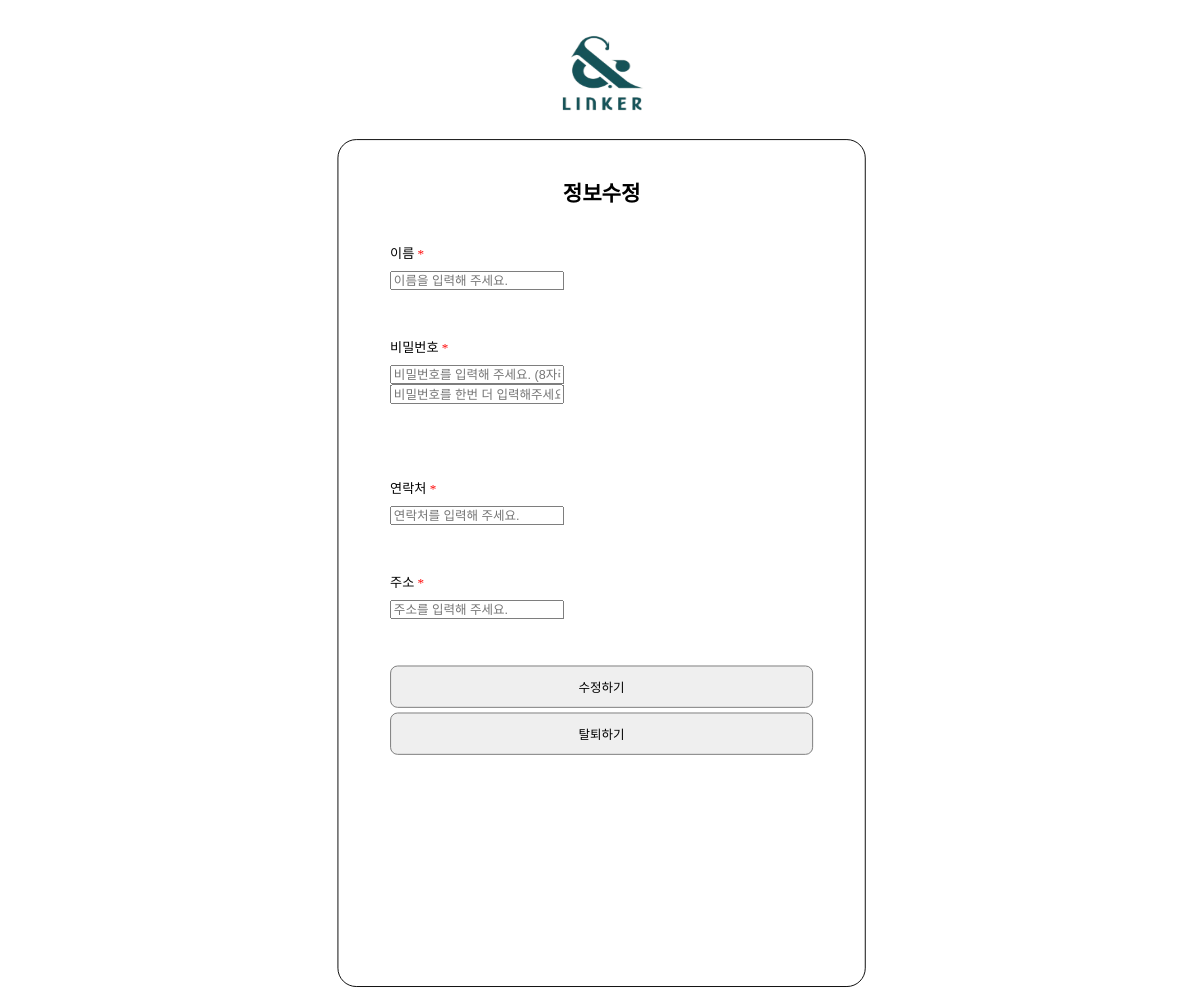
Repository: soomseting/let_me_go
Page: http://localhost/LINKER_re/jsp/main/user_update.jsp
An editor plug-in stored every save of this project. The page is shown before and after the next save, followed by the edit.
The browser window is 1280 px wide. The pictures show the whole page, at 94% of full size.
The pointer rests on the first visible `.su_con_for>.sui1`.
The page is served by Tomcat 9. Other server files are loaded and not shown.

Above is the page before, as saved 2025-03-24 05:55:37.
Console error: TypeError: Cannot set properties of null (setting 'onclick')

### LINKER_re/src/main/webapp/jsp/main/user_update.jsp
<%@ page language="java" contentType="text/html; charset=UTF-8"
    pageEncoding="UTF-8"%>
<!DOCTYPE html>
<html lang="en">

<head>
    <meta charset="UTF-8">
    <meta name="viewport" content="width=device-width, initial-scale=1.0">
    <title>Document</title>
    <link rel="stylesheet" href="../../css/sign_up.css">
    <script src="https://ajax.googleapis.com/ajax/libs/jquery/3.3.1/jquery.min.js"></script>
    <script src="../../js/jquery-3.7.1.js"></script>
    <script src="../../js/script.js"></script>
</head>

<body>
    <section>
        <div class="sign_up_logo">
            <img src="../../img/logo.png" alt="logo">
        </div>
        <div class="sign_up_content">
            <div class="su_title">
                <h1>정보수정</h1>
            </div>
            <form action="/LINKER/jsp/main/update.jsp.users">
            <div class="su_con_wrap">
                <div class="su_con_box">
                    <div class="su_ct">이름<span> *</span></div>
                    <div class="su_input"><input type="text" name="user_name" placeholder="이름을 입력해 주세요."></div>
                </div>
                <div class="su_con_box">
                    <div class="su_ct">비밀번호<span> *</span></div>
                    <div class="su_input"><input type="password" name="password" placeholder="비밀번호를 입력해 주세요. (8자리 이상)"></div>
                    <div class="su_input"><input type="password" placeholder="비밀번호를 한번 더 입력해주세요."></div>
                </div>
                <div class="su_con_box su_con_one">
                    <div class="su_ct">연락처<span> *</span></div>
                    <div class="su_input"><input type="text" name="phone" placeholder="연락처를 입력해 주세요."></div>
                </div>
                <div class="su_con_box su_con_thr">
                    <div class="su_ct">주소<span> *</span></div>
                    <div class="su_input"><input type="text" name="user_address" placeholder="주소를 입력해 주세요."></div>
                </div>
                <div class="su_con_box su_con_for">
                    <div class="su_input sui1"><button class="sui1_btn" type="submit" name="action" value="update">수정하기</button></div>
                    <div class="su_input sui2"><button class="sui2_btn" type="submit" name="action" value="delete">탈퇴하기</button></div>
                </div>
            </div>
            </form>
        </div>
    </section>
</body>

</html>

### LINKER_re/src/main/webapp/css/sign_up.css
/*sign_up*/
.sign_up_logo{width: 250px;height: 140px;margin: 0 auto;}
.sign_up_logo img{width: 250px;height: 140px;}

.sign_up_content{width: 560px;height: 900px;border: 1px solid black; margin: 0 auto; border-radius: 20px;}

.su_title{font-weight: bold;font-family: Arial, Helvetica, sans-serif; padding: 20px 50px;text-align: center; font-size: 15px;}

.su_con_wrap{width: 560px;height: 800px;}
.su_con_box{width: 450px;height: 100px;margin: 0 auto;}
.su_ct{font-size: 14px; margin-bottom: 10px;}
.su_ct span{color: red;}
.su_input button{width: 450px;height: 45px; border-radius: 8px; border: 1px solid #777;margin-bottom: 5px;}
/*.su_input input[placeholder]{padding: 0 10px;}  */
.su_con_one{margin-top: 50px;}
/* .su_con_for{margin-top: 15px;} */
.su_con_for input{width: 475px;height: 50px; margin-top: 10px; background: #165358; color: #fff;font-size: 15px;transition: 0.3s;border: none;}
.su_con_for>.sui1:hover input{background: #518682; transition: 0.3s;border: none;cursor: pointer;}
.su_con_for>.sui2:hover input{background: #518682; transition: 0.3s;border: none;cursor: pointer;}

#sign_up_agree{font-size: 10px;margin-bottom: 10px;color: rgb(154, 155, 167);}

.su_flex{display: flex; align-items: center;}
.su_flex input{width: 20px;height: 20px;}

### LINKER_re/src/main/webapp/js/script.js
$(document).ready(function () {

        //main_img_slide
        var img= $("#slide div");
        var cnt=0;
        var max=img.length-1;
        setInterval(next ,3000);

        function next(){
            if(img.is(":animated")) return false;
            $(img[cnt]).animate({"left":"-100%"}).siblings().css({"left":"100%"});
            cnt++;
            if(cnt>max) cnt=0;
            $(img[cnt]).animate({"left":0});
            }

        //sign_in_popup
        function open(){
            $('#pop').css({"display":"block"});

            $('#semi_wrap').css({"position":"sticky"});
            $('section').css({"margin-top":"0"});
        }
        $(".sign_in").on("click",open);
        function close(){
            $('#pop').css({"display":"none"});
            $('#semi_wrap').css({"position":"fixed"});
            $('section').css({"margin-top":"101px"});
        }
        $("#close").on("click",close);

        $('input[type="checkbox"][name="user_category"]').click(function(){

            if($(this).prop('checked')){
               $('input[type="checkbox"][name="user_category"]').prop('checked',false);
               $(this).prop('checked',true);
              }
        });

        /*product_detail*/
        var detail_main = document.querySelector(".detail_main img");
        var detail_sub = document.querySelector(".detail_sub");

        // var ping = document.querySelectorAll(".de_sub img");

        detail_sub.onclick = function(e){
            // console.log(event.target);
            if(e.target.getName == "DIV"){
                return;
            }
            detail_main.src = e.target.src;
        }
        // ping.onclick = function(){
        //     if(ping.classList.contains("pr_ping")){
        //         ping.style.width = "50px";
        //         ping.style.height = "50px";
        //         ping.style.border = "5px solid black";
        //     }else{
        //         ping.style.width = "50px";
        //         ping.style.height = "50px";
        //         ping.style.border = "none";
        //     }
        //     ping.classList.toggle("pr_ping");
        // }
});

Loaded but not shown: LINKER_re/src/main/webapp/js/jquery-3.7.1.js (library)

After the next save:
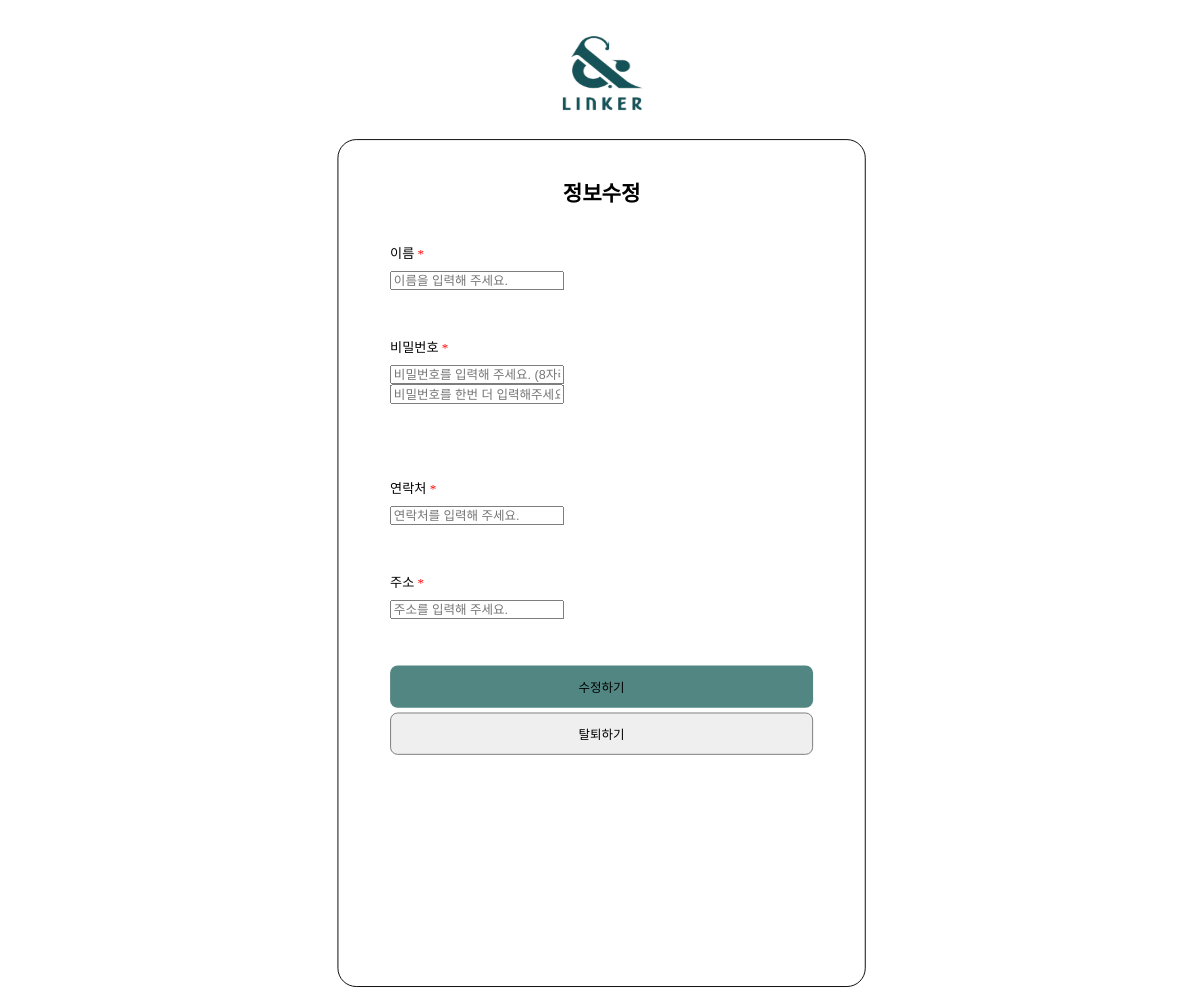
Saved 7 s later.
--- a/LINKER_re/src/main/webapp/css/sign_up.css
+++ b/LINKER_re/src/main/webapp/css/sign_up.css
@@ -15,7 +15,7 @@
 .su_con_one{margin-top: 50px;}
 /* .su_con_for{margin-top: 15px;} */
 .su_con_for input{width: 475px;height: 50px; margin-top: 10px; background: #165358; color: #fff;font-size: 15px;transition: 0.3s;border: none;}
-.su_con_for>.sui1:hover input{background: #518682; transition: 0.3s;border: none;cursor: pointer;}
+.su_con_for>.sui1:hover .sui1_btn{background: #518682; transition: 0.3s;border: none;cursor: pointer;}
 .su_con_for>.sui2:hover input{background: #518682; transition: 0.3s;border: none;cursor: pointer;}
 
 #sign_up_agree{font-size: 10px;margin-bottom: 10px;color: rgb(154, 155, 167);}
